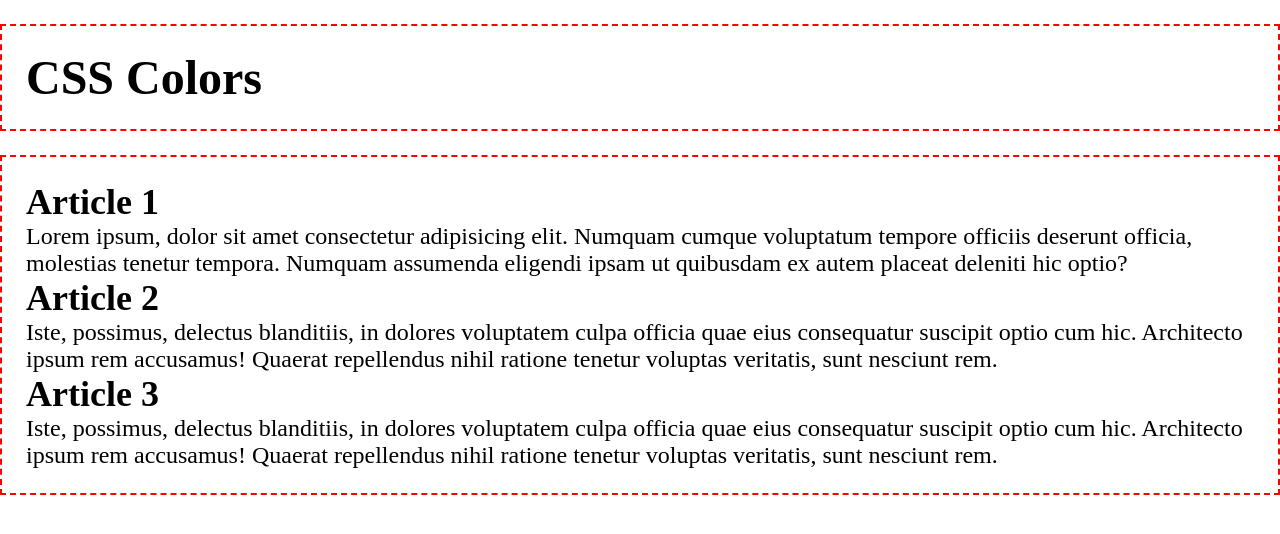
Repository: madhurik9999/Css
Page: index.html
The author's editor kept a copy of each file at every save. The page is drawn from the files as they stood at one save, then again after the next save.
The browser window is 1280 px wide. The pictures show the whole page.

Above is the page before, as saved 2023-12-09 12:07:04.

After the next save:
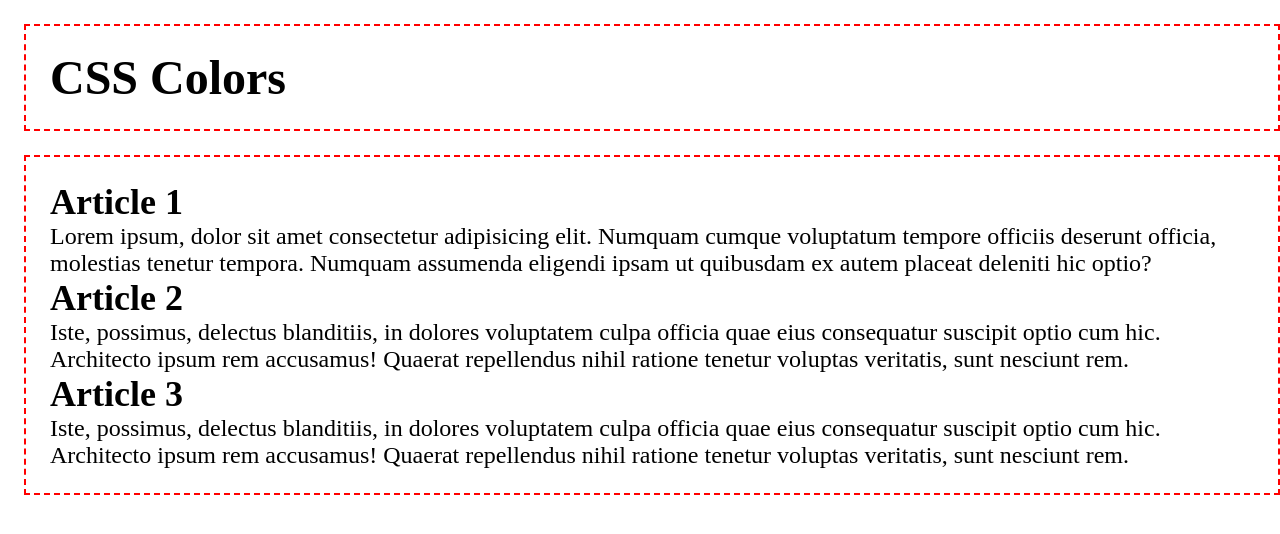
Saved 19 s later.
--- a/styles/style.css
+++ b/styles/style.css
@@ -100,5 +100,6 @@ h1 {
     border: 2px dashed red;
     font-size: 1.5rem;
     margin-top: 1.5rem;
+    margin-left: 1.5rem;
     padding: 1.5rem;
 }
